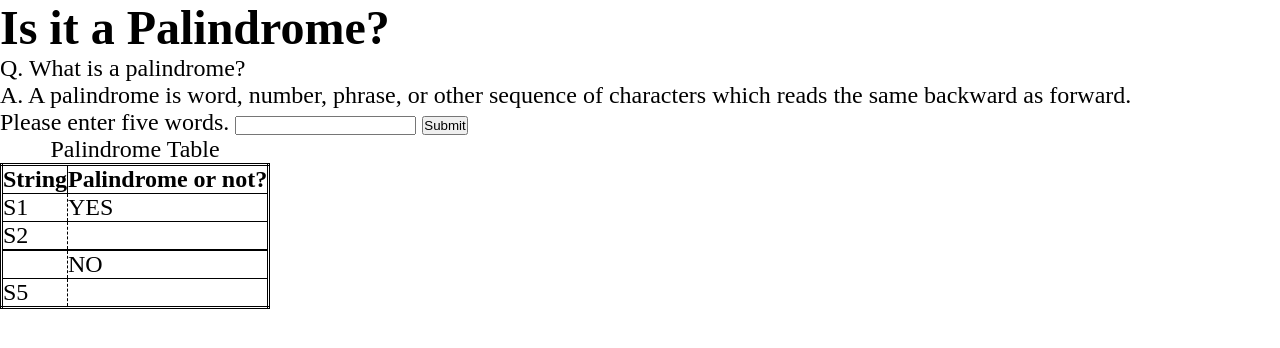
Repository: mlmEFSC21/P18-Palindrome-Table
Page: palindrome.html
An editor plug-in stored every save of this project. The page is shown before and after the next save, followed by the edit.
The browser window is 1280 px wide. The pictures show the whole page.

Above is the page before, as saved 2022-04-03 17:29:08.

After the next save:
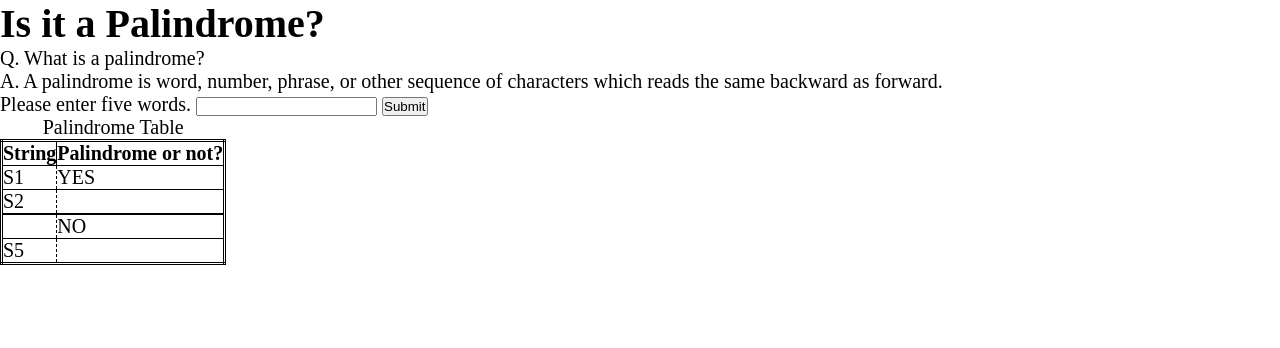
Saved 8 s later.
--- a/palindrome.css
+++ b/palindrome.css
@@ -6,7 +6,7 @@
     padding: 0;
 }
 body {
-    font-size: 1.5rem;
+    font-size: 1.25rem;
 }
 table {
     border-collapse: collapse;
